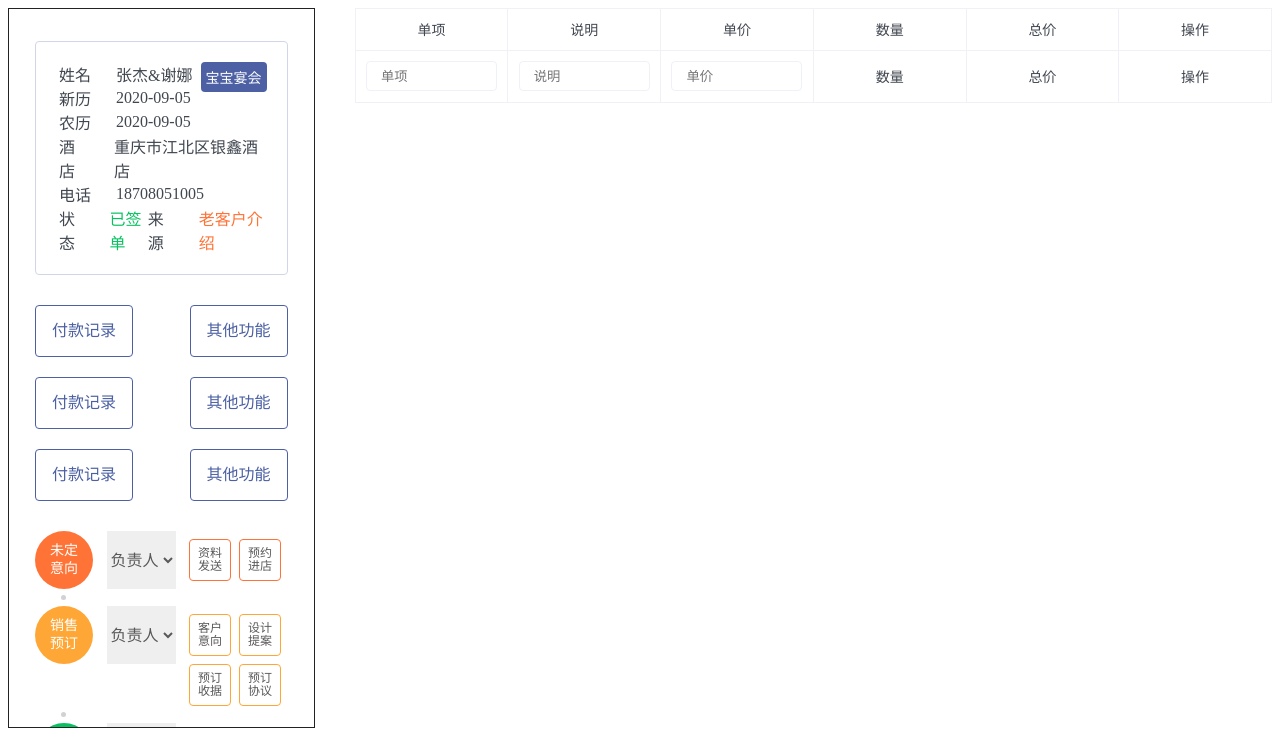
Repository: Lairuola/wedding-1
Page: index.html
These files come from the project's save history. The page is drawn as it stood at one moment and after the next save; the edit follows.
The browser window is 1280 px wide. The pictures show the whole page.

Above is the page before, as saved 2020-12-24 15:58:12.

### index.html
<!--
 * @Author       : 濑若拉
 * @Date         : 2020-12-17 10:22:14
 * @LastEditors  : 濑若拉
 * @LastEditTime : 2020-12-24 15:58:07
 * @FilePath     : /slidebar/index.html
-->


<!DOCTYPE html>
<html lang="en">

<head>
  <meta charset="UTF-8">
  <meta name="viewport" content="width=device-width, initial-scale=1.0">
  <title>Document</title>
  <style>
    .slide-left {
      width: 402px;
      height: 100vh;
      box-sizing: border-box;
      padding: 32px 26px;
      overflow-y: auto;
      display: flex;
      flex-direction: column;
      align-items: center;
      border: 1px solid #222;
    }

    .info {
      width: 100%;
      height: 328px;
      display: flex;
      flex-direction: column;
      justify-content: space-between;
      padding: 20px 23px;
      position: relative;
      box-sizing: border-box;
      border-radius: 4px;
      border: solid 1px #d1d6e7;
    }

    .info .row {
      width: 100%;
      display: flex;
      font-size: 16px;
      color: #414750;
      flex-direction: row;
      align-items: center;
    }

    .info .row .label,
    .info .end-row .item .label {
      margin-right: 25px;
    }

    .info .end-row {
      width: 100%;
      display: flex;
      flex-direction: row;
      align-items: center;
      justify-content: space-between;
      font-size: 16px;
      color: #414750;
    }

    .info .end-row .item {
      display: flex;
      flex-direction: row;
      align-items: center;
      font-size: 16px;
      color: #414750;
    }

    .info .info-tag {
      padding: 5px;
      background-color: #4c60a3;
      border-radius: 4px;
      font-size: 14px;
      color: #fff;
      position: absolute;
      top: 20px;
      right: 20px;
    }

    .btn-area {
      width: 100%;
      display: flex;
      flex-direction: row;
      align-items: center;
      justify-content: space-between;
      flex-wrap: wrap;
      margin-top: 10px;
      margin-bottom: 30px;
    }

    .btn-area .btn {
      width: 96px;
      height: 50px;
      background-color: #ffffff;
      border-radius: 4px;
      border: solid 1px #4c60a3;
      font-size: 16px;
      color: #4c60a3;
      text-align: center;
      line-height: 50px;
      margin-top: 20px;
    }

    .bot-area {
      width: 100%;
      display: flex;
      flex-direction: column;
    }

    .bot-area .item {
      width: 100%;
      display: flex;
      flex-direction: row;
      position: relative;
      padding-bottom: 17px;
    }

    .bot-area .item .circle {
      width: 58px;
      height: 58px;
      color: #fff;
      border-radius: 100%;
      display: flex;
      align-items: center;
      justify-content: center;
    }

    .bot-area .item .circle .text {
      width: 28px;
      height: 36px;
      font-size: 14px;
      line-height: 18px;
    }

    .bot-area .item .select-wrap {
      width: 96px;
      text-align: center;
    }

    .bot-area .item .select-wrap .bot-select {
      border: none;
      outline: none;
      color: #595959;
      font-size: 16px;
      height: 58px;
    }

    .bot-area .item .btn-row {
      flex: 1;
      display: flex;
      flex-direction: row;
      flex-wrap: wrap;
      margin-right: -8px;
    }

    .bot-area .item .btn-row .btn {
      width: 40px;
      height: 40px;
      border-radius: 4px;
      margin-right: 8px;
      border: 1px solid;
      display: flex;
      align-items: center;
      justify-content: center;
      margin-top: 8px;
      color: #595959;
    }

    .bot-area .item .btn-row .btn .word {
      width: 24px;
      height: 26px;
      font-size: 12px;
      line-height: 13px;
      letter-spacing: 0px;
    }

    .bot-area .item .dot {
      width: 5px;
      height: 5px;
      background-color: #d2d2d2;
      border-radius: 100%;
      position: absolute;
      bottom: 6px;
      left: 26px;
    }

    .bot-area .item .btn-row .btn.orange {
      border-color: #ff7336;
    }

    .bot-area .item .btn-row .btn.orange:hover {
      background-color: #ff7336;
      color: #fff;
    }

    .bot-area .item .btn-row .btn.yellow {
      border-color: #ffa736;
    }

    .bot-area .item .btn-row .btn.yellow:hover {
      background-color: #ffa736;
      color: #fff;
    }

    .bot-area .item .btn-row .btn.green {
      border-color: #07c160;
    }

    .bot-area .item .btn-row .btn.green:hover {
      background-color: #07c160;
      color: #fff;
    }

    .bot-area .item .btn-row .btn.aqua {
      border-color: #0bc8cb;
    }

    .bot-area .item .btn-row .btn.aqua:hover {
      background-color: #0bc8cb;
      color: #fff;
    }

    .bot-area .item .btn-row .btn.blue {
      border-color: #3d9bfb;
    }

    .bot-area .item .btn-row .btn.blue:hover {
      background-color: #3d9bfb;
      color: #fff;
    }

    .bot-area .item .btn-row .btn.cornflowerblue {
      border-color: #4c60a3;
    }

    .bot-area .item .btn-row .btn.cornflowerblue:hover {
      background-color: #4c60a3;
      color: #fff;
    }

    .color-green {
      color: #07c160
    }

    .color-orange {
      color: #ff7336;
    }

    .bg-color-red {
      background-color: #ff7336;
    }

    .bg-color-yellow {
      background-color: #ffa736;
    }

    .bg-color-green {
      background-color: #07c160;
    }

    .bg-color-aqua {
      background-color: #0bc8cb;
    }

    .bg-color-blue {
      background-color: #3d9bfb;
    }

    .bg-color-cornflowerblue {
      background-color: #4c60a3;
    }
  </style>
  <style>
    .my-table {
      width: 100%;
      height: 80vh;
      display: flex;
      flex-direction: column;
      margin-left: 40px;
      color: #414750;
    }

    .my-table .rows {
      width: 100%;
      display: flex;
      flex-direction: row;
    }

    .my-table .rows .item {
      flex: 1;
      border: 1px solid #222;
      box-sizing: border-box;
      display: flex;
      align-items: center;
      justify-content: center;
      border: 1px solid #eff1f7;
      font-size: 14px;
      padding: .65rem;
    }

    .my-table .rows .item:not(:last-child) {
      border-right: 0
    }

    .my-table .rows:not(:last-child) .item {
      border-bottom: 0;
    }

    .my-table .rows .item .single-input,
    .my-table .rows .item .info-input,
    .my-table .rows .item .price-input {
      background-color: #fff;
      border: 1px solid #eff1f7;
      width: 100%;
      height: 28px;
      padding: 0 14px;
      border-radius: 4px;
    }
  </style>
</head>

<body style="display: flex;flex-direction: row;">
  <div class="slide-left">
    <!-- 资料 -->
    <div class="info">
      <div class="row">
        <div class="label">姓名</div>
        <div class="content">张杰&谢娜</div>
      </div>
      <div class="row">
        <div class="label">新历</div>
        <div class="content">2020-09-05</div>
      </div>
      <div class="row">
        <div class="label">农历</div>
        <div class="content">2020-09-05</div>
      </div>
      <div class="row">
        <div class="label">酒店</div>
        <div class="content">重庆市江北区银鑫酒店</div>
      </div>
      <div class="row">
        <div class="label">电话</div>
        <div class="content">18708051005</div>
      </div>
      <div class="end-row">
        <div class="item">
          <div class="label">状态</div>
          <div class="content color-green">已签单</div>
        </div>
        <div class="item">
          <div class="label">来源</div>
          <div class="content color-orange">老客户介绍</div>
        </div>
      </div>
      <!-- tag -->
      <div class="info-tag">宝宝宴会</div>
    </div>
    <!-- btn-area -->
    <div class="btn-area">
      <div class="btn">付款记录</div>
      <div class="btn">其他功能</div>
      <div class="btn">付款记录</div>
      <div class="btn">其他功能</div>
      <div class="btn">付款记录</div>
      <div class="btn">其他功能</div>
    </div>
    <!-- bot-area -->
    <div class="bot-area">
      <div class="item">
        <div class="circle bg-color-red">
          <div class="text">未定意向</div>
        </div>
        <div class="select-wrap">
          <select class='bot-select' name="" id="">
            <option value="">负责人</option>
          </select>
        </div>
        <div class="btn-row">
          <div class="btn orange">
            <div class="word">资料发送</div>
          </div>
          <div class="btn orange">
            <div class="word">预约进店</div>
          </div>
        </div>
        <div class="dot"></div>
      </div>
      <div class="item">
        <div class="circle bg-color-yellow">
          <div class="text">销售预订</div>
        </div>
        <div class="select-wrap">
          <select class='bot-select' name="" id="">
            <option value="">负责人</option>
          </select>
        </div>
        <div class="btn-row">
          <div class="btn yellow">
            <div class="word">客户意向</div>
          </div>
          <div class="btn yellow">
            <div class="word">设计提案</div>
          </div>
          <div class="btn yellow">
            <div class="word">预订收据</div>
          </div>
          <div class="btn yellow">
            <div class="word">预订协议</div>
          </div>
        </div>
        <div class="dot"></div>
      </div>
      <div class="item">
        <div class="circle bg-color-green">
          <div class="text">设计策划</div>
        </div>
        <div class="select-wrap">
          <select class='bot-select' name="" id="">
            <option value="">负责人</option>
          </select>
        </div>
        <div class="btn-row">
          <div class="btn green">
            <div class="word">策划设计</div>
          </div>
          <div class="btn green">
            <div class="word">价格明细</div>
          </div>
          <div class="btn green">
            <div class="word">正式合同</div>
          </div>
          <div class="btn green">
            <div class="word">搭建清单</div>
          </div>
        </div>
        <div class="dot"></div>
      </div>
      <div class="item">
        <div class="circle bg-color-aqua">
          <div class="text">服务统筹</div>
        </div>
        <div class="select-wrap">
          <select class='bot-select' name="" id="">
            <option value="">负责人</option>
          </select>
        </div>
        <div class="btn-row">
          <div class="btn aqua">
            <div class="word">统筹服务</div>
          </div>
        </div>
        <div class="dot"></div>
      </div>
      <div class="item">
        <div class="circle bg-color-blue">
          <div class="text">执行搭建</div>
        </div>
        <div class="select-wrap">
          <select class='bot-select' name="" id="">
            <option value="">负责人</option>
          </select>
        </div>
        <div class="btn-row">
          <div class="btn blue">
            <div class="word">搭建确认</div>
          </div>
          <div class="btn blue">
            <div class="word">执行完成</div>
          </div>
        </div>
        <div class="dot"></div>
      </div>
      <div class="item">
        <div class="circle bg-color-cornflowerblue">
          <div class="text">成本结算</div>
        </div>
        <div class="select-wrap">
          <select class='bot-select' name="" id="">
            <option value="">负责人</option>
          </select>
        </div>
        <div class="btn-row">
          <div class="btn cornflowerblue">
            <div class="word">成本核算</div>
          </div>
        </div>
      </div>
    </div>
  </div>
  <div class="my-table">
    <div class="rows">
      <div class="item">单项</div>
      <div class="item">说明</div>
      <div class="item">单价</div>
      <div class="item">数量</div>
      <div class="item">总价</div>
      <div class="item">操作</div>
    </div>
    <div class="rows">
      <div class="item">
        <input class="single-input" type="text" placeholder="单项">
      </div>
      <div class="item">
        <input class="info-input" type="text" placeholder="说明">
      </div>
      <div class="item">
        <input class="price-input" type="text" placeholder="单价">
      </div>
      <div class="item">数量</div>
      <div class="item">总价</div>
      <div class="item">操作</div>
    </div>
  </div>
</body>

</html>

After the next save:
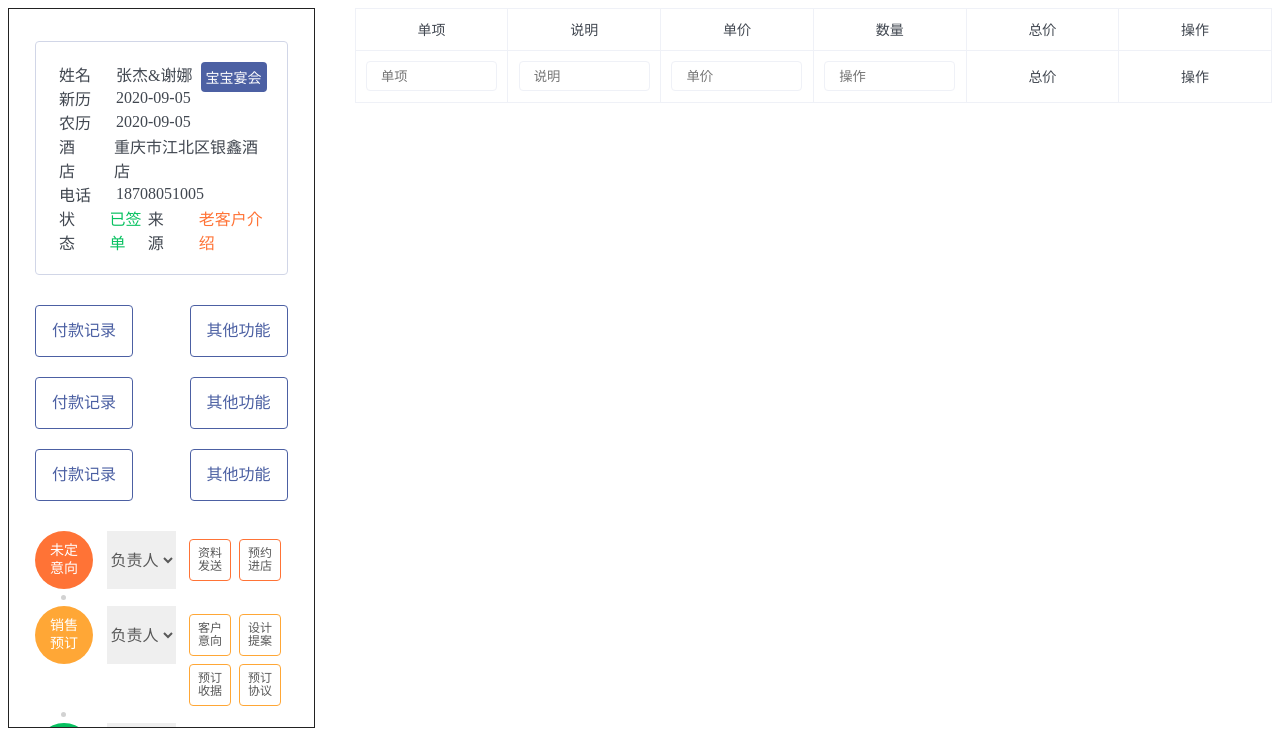
Saved 97 s later.
--- a/index.html
+++ b/index.html
@@ -2,7 +2,7 @@
  * @Author       : 濑若拉
  * @Date         : 2020-12-17 10:22:14
  * @LastEditors  : 濑若拉
- * @LastEditTime : 2020-12-24 15:58:07
+ * @LastEditTime : 2020-12-24 15:59:49
  * @FilePath     : /slidebar/index.html
 -->
 
@@ -513,7 +513,9 @@
       <div class="item">
         <input class="price-input" type="text" placeholder="单价">
       </div>
-      <div class="item">数量</div>
+      <div class="item">
+        <input class="price-input" type="text" placeholder="操作">
+      </div>
       <div class="item">总价</div>
       <div class="item">操作</div>
     </div>
